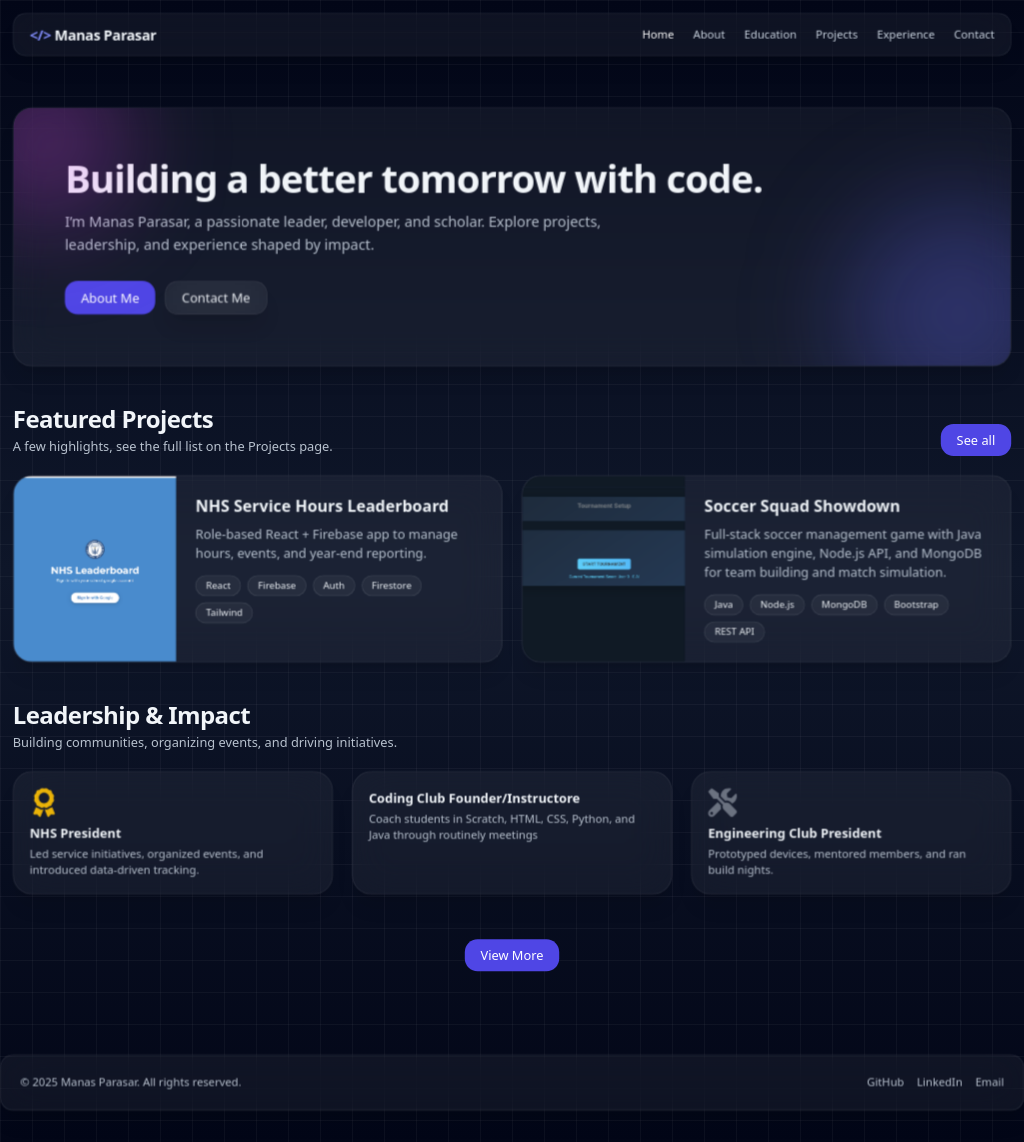
Repository: Manas-Parasar/portfolio-manas-parasar
Page: /
These files come from the project's save history. The page is drawn as it stood at one moment and after the next save; the edit follows.
The browser window is 1280 px wide. The pictures show the whole page, at 80% of full size.
The project was rebuilt for these pictures with package versions that can differ from the ones it lists, and the page was loaded fresh each time. Also part of the build but not shown: vite.config.js, src/pages/About.jsx, src/pages/Projects.jsx, src/components/TimelineItem.jsx, src/pages/Experience.jsx, src/pages/Contact.jsx. Imported but missing from the stored project, and not drawn on this page: src/assets/Manas Parasar Resume.pdf.

Above is the page before, as saved 2025-10-13 21:32:01.

### index.html
<!DOCTYPE html>
<html lang="en">
  <head>
    <meta charset="UTF-8" />
    <meta name="viewport" content="width=device-width, initial-scale=1.0" />
    <title>Manas Parasar Portfolio</title>
    <meta
      name="description"
      content="Portfolio of Manas Parasar: projects, leadership, research, and impact."
    />
    <link rel="icon" href="/PortfolioFavicon.png" />
  </head>
  <body
    class="min-h-screen bg-gradient-to-b from-slate-950 via-slate-900 to-slate-950 text-slate-100"
  >
    <div id="root"></div>
    <script type="module" src="/src/main.jsx"></script>
  </body>
</html>

### src/main.jsx
import { BrowserRouter } from "react-router-dom";
import "./index.css";
import React from "react";
import ReactDOM from "react-dom/client";
import App from "./App";

ReactDOM.createRoot(document.getElementById("root")).render(
  <React.StrictMode>
    <BrowserRouter>
      <App />
    </BrowserRouter>
  </React.StrictMode>
);

### src/index.css
@tailwind base;
@tailwind components;
@tailwind utilities;

html,
body {
  margin: 0;
  padding: 0;
  box-sizing: border-box;
  overscroll-behavior: none;
  overflow-x: hidden;
}

html {
  background-color: #0aa345; /* slate-900 */
}

html,
body {
  margin: 0;
  padding: 0;
  box-sizing: border-box;
}

html {
  background-color: #0f172a; /* slate-900 */
}

/* Subtle selection & scrollbar tweaks */
::selection {
  background: #175430;
  color: white;
}
::-webkit-scrollbar {
  width: 10px;
}
::-webkit-scrollbar-thumb {
  background: rgba(148, 184, 155, 0.4);
  border-radius: 999px;
}

/* Reusable utilities */
@layer utilities {
  .glass {
    @apply bg-white/5 backdrop-blur-xl border border-white/10 shadow-xl;
  }
  .btn {
    @apply inline-flex items-center gap-2 rounded-2xl px-5 py-2 font-medium transition;
  }
  .btn-primary {
    @apply btn bg-brand-600 hover:bg-brand-500 text-white;
  }
  .btn-ghost {
    @apply btn glass hover:bg-white/10;
  }
  .headline {
    @apply text-4xl md:text-5xl font-extrabold tracking-tight;
  }
  .subtle {
    @apply text-slate-300/90;
  }
}

### src/App.jsx
import { Routes, Route } from "react-router-dom";
import Navbar from "./components/Navbar";
import Footer from "./components/Footer";
import Home from "./pages/Home";
import About from "./pages/About";
import Projects from "./pages/Projects";
import Experience from "./pages/Experience";
import Contact from "./pages/Contact";
import Education from "./pages/Education";

export default function App() {
  return (
    <div className="min-h-screen flex flex-col bg-grid-sheer bg-grid-sheer bg-[length:40px_40px] overflow-hidden">
      <div className="absolute inset-0 -z-10 opacity-70" aria-hidden>
        <div className="absolute -top-40 -left-40 h-96 w-96 rounded-full bg-brand-500 blur-[120px] opacity-30 animate-float" />
      </div>
      <Navbar />
      <main className="container py-10 flex-grow">
        <Routes>
          <Route path="/" element={<Home />} />
          <Route path="/about" element={<About />} />
          <Route path="/education" element={<Education />} />
          <Route path="/projects" element={<Projects />} />
          <Route path="/experience" element={<Experience />} />
          <Route path="/contact" element={<Contact />} />
        </Routes>
      </main>
      <Footer />
    </div>
  );
}

### src/components/Navbar.jsx
import { Link, NavLink } from "react-router-dom";
import { Menu, X } from "lucide-react";
import { useState } from "react";

export default function Navbar() {
  const [open, setOpen] = useState(false);
  const nav = [
    { to: "/", label: "Home" },
    { to: "/about", label: "About" },
    { to: "/education", label: "Education" },
    { to: "/projects", label: "Projects" },
    { to: "/experience", label: "Experience" },
    { to: "/contact", label: "Contact" },
  ];

  const NavItems = ({ onClick }) => (
    <ul className="flex flex-col md:flex-row gap-4 md:gap-6 text-sm">
      {nav.map((n) => (
        <li key={n.to}>
          <NavLink
            to={n.to}
            onClick={onClick}
            className={({ isActive }) =>
              `transition hover:text-white ${
                isActive ? "text-white" : "text-slate-300"
              }`
            }
          >
            {n.label}
          </NavLink>
        </li>
      ))}
    </ul>
  );

  return (
    <header className="sticky top-0 z-50">
      <div className="container mt-4">
        <div className="glass rounded-2xl px-5 py-3 flex items-center justify-between">
          <Link to="/" className="font-black tracking-tight text-lg">
            <span className="text-brand-400">&lt;/&gt;</span> Manas Parasar
          </Link>
          <nav className="hidden md:block">
            <NavItems />
          </nav>
          <button
            className="md:hidden btn-ghost"
            onClick={() => setOpen(!open)}
            aria-label="Toggle Menu"
          >
            {open ? <X size={20} /> : <Menu size={20} />}
          </button>
        </div>
        {open && (
          <div className="md:hidden mt-2 glass rounded-2xl px-5 py-4">
            <NavItems onClick={() => setOpen(false)} />
          </div>
        )}
      </div>
    </header>
  );
}

### src/components/Footer.jsx
export default function Footer() {
  return (
    <footer className="mt-16 pb-10">
      <div className="container glass rounded-2xl p-6 flex flex-col md:flex-row items-center justify-between gap-4">
        <p className="text-sm subtle">
          © {new Date().getFullYear()} Manas Parasar. All rights reserved.
        </p>
        <div className="text-sm subtle flex gap-4">
          <a
            href="https://github.com/"
            target="_blank"
            className="hover:text-white"
          >
            GitHub
          </a>
          <a
            href="https://linkedin.com/"
            target="_blank"
            className="hover:text-white"
          >
            LinkedIn
          </a>
          <a href="mailto:manas@example.com" className="hover:text-white">
            Email
          </a>
        </div>
      </div>
    </footer>
  );
}

### src/pages/Home.jsx
import Hero from "../components/Hero";
import Section from "../components/Section";
import ProjectCard from "../components/ProjectCard";
import nhsLeaderboardScreenshot from "../assets/NHS Leaderboard Screenshot.png";
import soccerSquadShowdownScreenshot from "../assets/Soccer Squad Showdown Screenshot.png";
import { FaAward, FaLaptopCode, FaTools } from "react-icons/fa";

export default function Home() {
  return (
    <>
      <Hero />

      <Section
        title="Featured Projects"
        subtitle="A few highlights, see the full list on the Projects page."
        cta={
          <a href="#/projects" className="btn-primary">
            See all
          </a>
        }
      >
        <div className="grid md:grid-cols-2 gap-6">
          <ProjectCard
            title="NHS Service Hours Leaderboard"
            desc="Role-based React + Firebase app to manage hours, events, and year-end reporting."
            tags={["React", "Firebase", "Auth", "Firestore", "Tailwind"]}
            link="https://github.com/Manas-Parasar/NHS-Service-Hours-Leaderboard"
            img={nhsLeaderboardScreenshot}
          />
          <ProjectCard
            title="Soccer Squad Showdown"
            desc="Full-stack soccer management game with Java simulation engine, Node.js API, and MongoDB for team building and match simulation."
            tags={["Java", "Node.js", "MongoDB", "Bootstrap", "REST API"]}
            link="https://github.com/Manas-Parasar/Soccer-Squad-Showdown"
            img={soccerSquadShowdownScreenshot}
          />
        </div>
      </Section>

      <Section
        title="Leadership & Impact"
        subtitle="Building communities, organizing events, and driving initiatives."
      >
        <div className="grid md:grid-cols-3 gap-6">
          {[
            {
              title: "NHS President",
              desc: "Led service initiatives, organized events, and introduced data-driven tracking.",
            },
            {
              title: "Coding Club Founder/Instructore",
              desc: "Coach students in Scratch, HTML, CSS, Python, and Java through routinely meetings",
            },
            {
              title: "Engineering Club President",
              desc: "Prototyped devices, mentored members, and ran build nights.",
            },
          ].map((c) => (
            <div key={c.title} className="glass rounded-3xl p-5 block">
              {c.title === "NHS President" && (
                <FaAward className="text-4xl mb-2 text-yellow-500" />
              )}
              {c.title === "Coding Club Founder/Instructor" && (
                <FaLaptopCode className="text-4xl mb-2 text-blue-500" />
              )}
              {c.title === "Engineering Club President" && (
                <FaTools className="text-4xl mb-2 text-gray-500" />
              )}
              <h3 className="font-semibold">{c.title}</h3>
              <p className="subtle text-sm mt-1">{c.desc}</p>
            </div>
          ))}
        </div>
        <div className="text-center mt-8">
          <a href="#/experience" className="btn-primary">
            View More
          </a>
        </div>
      </Section>
    </>
  );
}

### src/pages/Education.jsx
import { FaJava, FaRegCopyright } from "react-icons/fa";
import { DiVisualstudio } from "react-icons/di";
import {
  SiJavascript,
  SiReact,
  SiPython,
  SiFirebase,
  SiTailwindcss,
  SiGit,
  SiGithub,
  SiHtml5,
  SiCss3,
  SiCplusplus,
  SiNodedotjs,
  SiTypescript,
  SiExpress,
  SiMongodb,
  SiBootstrap,
  SiVite,
  SiEslint,
} from "react-icons/si";
import React from "react";

const skills = [
  { name: "Java", icon: <FaJava />, color: "text-red-500" },
  { name: "React", icon: <SiReact />, color: "text-blue-500" },
  { name: "Python", icon: <SiPython />, color: "text-yellow-500" },
  { name: "Firebase", icon: <SiFirebase />, color: "text-yellow-400" },
  { name: "Tailwind", icon: <SiTailwindcss />, color: "text-teal-500" },
  { name: "Bootstrap", icon: <SiBootstrap />, color: "text-purple-500" },
  { name: "GitHub", icon: <SiGithub />, color: "text-gray-400" },
  { name: "Git", icon: <SiGit />, color: "text-orange-600" },
  { name: "HTML", icon: <SiHtml5 />, color: "text-orange-500" },
  { name: "CSS", icon: <SiCss3 />, color: "text-blue-600" },
  { name: "JavaScript", icon: <SiJavascript />, color: "text-yellow-300" },
  { name: "TypeScript", icon: <SiTypescript />, color: "text-blue-400" },
  { name: "C", icon: <FaRegCopyright />, color: "text-blue-600" },
  { name: "C++", icon: <SiCplusplus />, color: "text-blue-700" },
  { name: "Express.js", icon: <SiExpress />, color: "text-gray-400" },
  { name: "Node.js", icon: <SiNodedotjs />, color: "text-green-500" },
  { name: "MongoDB", icon: <SiMongodb />, color: "text-green-600" },
  { name: "Vite", icon: <SiVite />, color: "text-yellow-400" },
  { name: "ESLint", icon: <SiEslint />, color: "text-purple-400" },
  { name: "Visual Studio", icon: <DiVisualstudio />, color: "text-blue-500" },
];

export default function Education() {
  return (
    <div className="space-y-6">
      <div className="glass rounded-3xl p-6 hover:shadow-glow transition">
        <h3 className="font-semibold mb-2 text-2xl text-brand-400">College</h3>
        <div className="subtle">
          <p className="font-bold">Paradise Valley Community College</p>
          <p>Associate of Science in Computer Science</p>
          <p>Expected Graduation: May 2026</p>
          <br />
          <p>Associate of Arts in Mathematics</p>
          <p>Expected Graduation: May 2026</p>
        </div>
      </div>
      <div className="glass rounded-3xl p-6 hover:shadow-glow transition">
        <h3 className="font-semibold mb-2 text-2xl text-brand-400">
          High School
        </h3>
        <div className="subtle">
          <p className="font-bold">
            Arizona Agribusiness & Equine Center - Paradise Valley
          </p>
          <p>High School Diploma</p>
          <p>May 2026</p>
          <p>Phoenix, AZ</p>
        </div>
      </div>
      <div className="glass rounded-3xl p-6 hover:shadow-glow transition">
        <h3 className="font-semibold mb-2 text-2xl text-brand-400">
          Academics & Scores
        </h3>
        <ul className="subtle list-disc list-inside space-y-1">
          <li>SAT: 1530 (770 Math, 760 English)</li>
          <li>ACT: 35 (36 Math, 36 Science, 36 English, 33 Reading)</li>
          <li>GPA: 4.00 (Unweighted)</li>
        </ul>
      </div>
      <div className="glass rounded-3xl p-6 hover:shadow-glow transition">
        <h3 className="font-semibold mb-2 text-2xl text-brand-400">
          Certifications & Awards
        </h3>
        <ul className="subtle list-disc list-inside space-y-1">
          <li>Python Essential Training Certification (LinkedIn Learning)</li>
          <li>Introduction to Web APIs Certification (LinkedIn Learning)</li>
          <li>President’s Honor Roll (Paradise Valley Community College)</li>
          <li>
            4.0 Honor Roll (3x, Arizona Agribusiness & Equine Center - Paradise
            Valley)
          </li>
          <li>
            Excellence in Science (2024 - 2025, Arizona Agribusiness & Equine
            Center - Paradise Valley)
          </li>
        </ul>
      </div>
      <div className="glass rounded-3xl p-6 hover:shadow-glow transition">
        <h3 className="font-semibold mb-2 text-2xl text-brand-400">
          Related Coursework
        </h3>
        <div className="grid grid-cols-1 md:grid-cols-2 gap-4 subtle">
          <div>
            <h4 className="font-semibold mb-2">Computer Science</h4>
            <ul className="list-disc list-inside space-y-1">
              <li>Introduction to Computer Science (Java) (CSC110AB)</li>
              <li>
                Object Oriented Programming and Data Structures (Java)
                (CSC205AC)
              </li>
              <li>Digital Design Fundamentals (CSC120)</li>
              <li>
                Introduction to Different Programming Languages (CSC240AA)
              </li>
              <li>Computer Organization and Assembly Language (CSC230)</li>
            </ul>
            <h4 className="font-semibold mb-2 mt-4">Mathematics</h4>
            <ul className="list-disc list-inside space-y-1">
              <li>Geometry 1-2</li>
              <li>Algebra 3-4</li>
              <li>Pre-Calculus 1-2</li>
              <li>College Algebra/Functions (MAT151)</li>
              <li>Calculus with Analytical Geometry I (MAT220)</li>
              <li>Calculus with Analytical Geometry II (MAT230)</li>
              <li>Calculus with Analytic Geometry III (MAT240)</li>
              <li>Discrete Mathematical Structures (MAT227)</li>
            </ul>
          </div>
          <div>
            <h4 className="font-semibold mb-2">Science</h4>
            <ul className="list-disc list-inside space-y-1">
              <li>Biology 1-2</li>
              <li>Chemistry 1-2</li>
              <li>General Chemistry I (CHM151)</li>
              <li>General Chemistry Laboratory I (CHM151LL)</li>
              <li>General Chemistry II (CHM152)</li>
              <li>General Chemistry Laboratory II (CHM152LL)</li>
            </ul>
            <h4 className="font-semibold mb-2 mt-4">Electives</h4>
            <ul className="list-disc list-inside space-y-1">
              <li>Introduction to Logic (PHI103)</li>
            </ul>
          </div>
        </div>
      </div>
      <div className="glass rounded-3xl p-6 hover:shadow-glow transition">
        <h3 className="font-semibold mb-2 text-2xl text-brand-400">Skills</h3>
        <div className="grid grid-cols-2 md:grid-cols-4 gap-4">
          {skills.map((skill) => (
            <div
              key={skill.name}
              className="flex items-center gap-4 bg-white/5 p-4 rounded-lg transition-all duration-300 ease-in-out hover:bg-white/10 hover:scale-105 hover:shadow-glow"
            >
              <div className={`text-4xl ${skill.color}`}>{skill.icon}</div>
              <div>
                <h4 className="font-bold">{skill.name}</h4>
              </div>
            </div>
          ))}
        </div>
      </div>
    </div>
  );
}

### src/components/Hero.jsx
import { motion } from "framer-motion";

export default function Hero() {
  return (
    <section className="mt-6">
      <div className="relative overflow-hidden rounded-3xl glass p-10 md:p-16">
        <motion.h1
          initial={{ opacity: 0, y: 20 }}
          animate={{ opacity: 1, y: 0 }}
          transition={{ duration: 0.6 }}
          className="headline"
        >
          Building a better tomorrow with code.
        </motion.h1>
        <motion.p
          initial={{ opacity: 0, y: 20 }}
          animate={{ opacity: 1, y: 0 }}
          transition={{ duration: 0.7, delay: 0.1 }}
          className="mt-4 text-lg subtle max-w-3xl"
        >
          I’m Manas Parasar, a passionate leader, developer, and scholar.
          Explore projects, leadership, and experience shaped by impact.
        </motion.p>
        <motion.div
          initial={{ opacity: 0, y: 20 }}
          animate={{ opacity: 1, y: 0 }}
          transition={{ duration: 0.7, delay: 0.2 }}
          className="mt-8 flex gap-3"
        >
          <a className="btn-primary" href="#/about">
            About Me
          </a>
          <a className="btn-ghost" href="#/contact">
            Contact Me
          </a>
        </motion.div>
        {/* Decorative blobs */}
        <div className="pointer-events-none absolute -right-20 -bottom-20 h-72 w-72 rounded-full bg-brand-500/30 blur-3xl" />
        <div className="pointer-events-none absolute -left-16 -top-16 h-52 w-52 rounded-full bg-fuchsia-500/30 blur-3xl" />
      </div>
    </section>
  );
}

### src/components/Section.jsx
export default function Section({ title, subtitle, children, cta }) {
  return (
    <section className="mt-12">
      <div className="flex items-end justify-between gap-4 mb-6">
        <div>
          <h2 className="text-2xl md:text-3xl font-bold tracking-tight">
            {title}
          </h2>
          {subtitle && <p className="subtle mt-1">{subtitle}</p>}
        </div>
        {cta}
      </div>
      <div className="grid gap-6">{children}</div>
    </section>
  );
}

### src/components/ProjectCard.jsx
import { motion } from "framer-motion";

export default function ProjectCard({
  title,
  desc,
  tags = [],
  img = "https://images.unsplash.com/photo-1522071820081-009f0129c71c?q=80&w=1400&auto=format&fit=crop",
  link = "#",
}) {
  return (
    <motion.a
      href={link}
      target="_blank"
      rel="noreferrer"
      initial={{ opacity: 0, y: 20 }}
      whileInView={{ opacity: 1, y: 0 }}
      viewport={{ once: true }}
      transition={{ duration: 0.5 }}
      className="group glass rounded-3xl overflow-hidden grid md:grid-cols-3"
    >
      <div className="md:col-span-1">
        <img
          src={img}
          alt={title}
          className="h-48 md:h-full w-full object-cover transition group-hover:scale-105"
        />
      </div>
      <div className="md:col-span-2 p-6">
        <h3 className="text-xl font-bold mb-2">{title}</h3>
        <p className="subtle mb-4">{desc}</p>
        <div className="flex flex-wrap gap-2">
          {tags.map((t) => (
            <span
              key={t}
              className="px-3 py-1 rounded-full bg-white/5 text-xs border border-white/10"
            >
              {t}
            </span>
          ))}
        </div>
      </div>
    </motion.a>
  );
}

### tailwind.config.js
/** @type {import('tailwindcss').Config} */
export default {
  content: ["./index.html", "./src/**/*.{js,jsx,ts,tsx}"],
  theme: {
    extend: {
      container: { center: true, padding: "1rem" },
      fontFamily: {
        display: ["Inter", "ui-sans-serif", "system-ui"],
      },
      colors: {
        brand: {
          50: "#eef2ff",
          100: "#e0e7ff",
          200: "#c7d2fe",
          300: "#a5b4fc",
          400: "#818cf8",
          500: "#6366f1",
          600: "#4f46e5",
          700: "#4338ca",
          800: "#3730a3",
          900: "#312e81",
        },
      },
      boxShadow: {
        glow: "0 0 0 0 rgba(99,102,241,0.5), 0 0 80px 10px rgba(99,102,241,0.25)",
      },
      backgroundImage: {
        "grid-sheer":
          "linear-gradient(rgba(255,255,255,0.04) 1px, transparent 1px), linear-gradient(90deg, rgba(255,255,255,0.04) 1px, transparent 1px)",
      },
      backgroundSize: {
        "grid-sheer": "40px 40px",
      },
      animation: {
        float: "float 6s ease-in-out infinite",
        shimmer: "shimmer 4s linear infinite",
      },
      keyframes: {
        float: {
          "0%, 100%": { transform: "translateY(0px)" },
          "50%": { transform: "translateY(-10px)" },
        },
        shimmer: {
          "0%": { backgroundPosition: "-200% 0" },
          "100%": { backgroundPosition: "200% 0" },
        },
      },
    },
  },
  plugins: [],
};

After the next save:
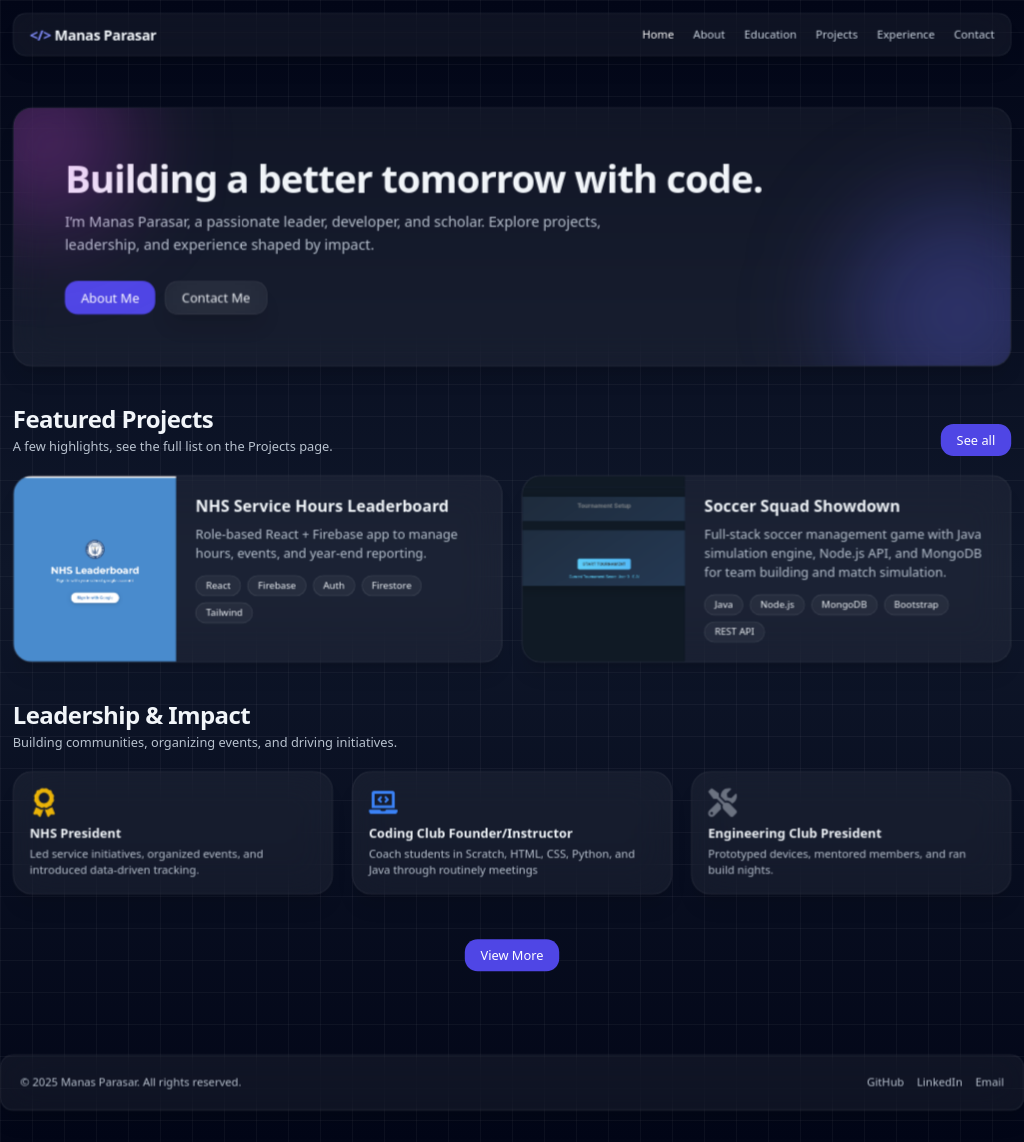
Saved 77 s later.
--- a/src/pages/Home.jsx
+++ b/src/pages/Home.jsx
@@ -48,7 +48,7 @@ export default function Home() {
               desc: "Led service initiatives, organized events, and introduced data-driven tracking.",
             },
             {
-              title: "Coding Club Founder/Instructore",
+              title: "Coding Club Founder/Instructor",
               desc: "Coach students in Scratch, HTML, CSS, Python, and Java through routinely meetings",
             },
             {
